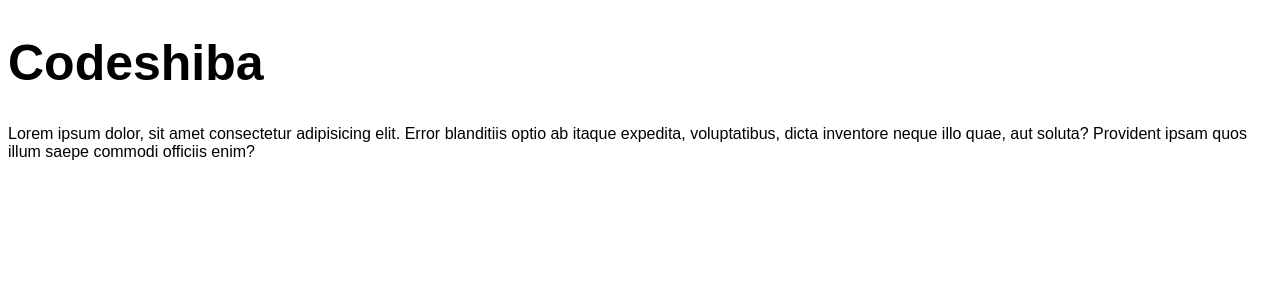
Repository: nanfengovo/CSS
Page: indexfont.html
These files come from the project's save history. The page is drawn as it stood at one moment and after the next save; the edit follows.
The browser window is 1280 px wide. The pictures show the whole page.

Above is the page before, as saved 2024-12-31 23:04:59.

After the next save:
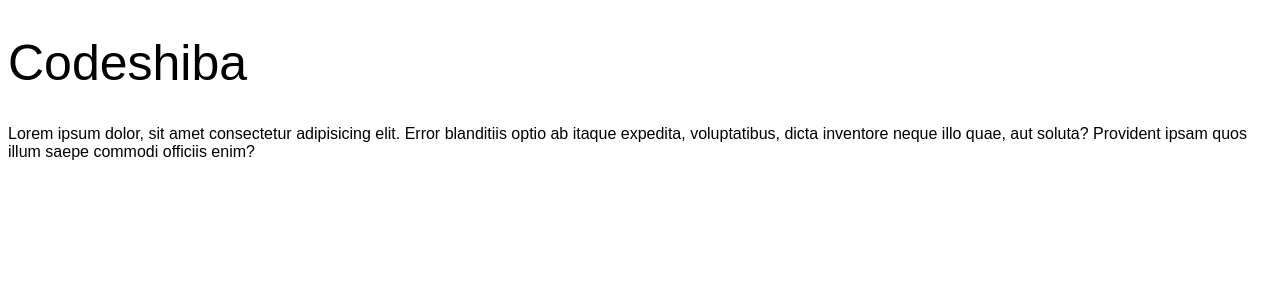
Saved 15 s later.
--- a/indexfont.html
+++ b/indexfont.html
@@ -8,6 +8,7 @@
         h1{
             font-family: cursive, sans-serif;
             font-size: 50px;
+            font-weight: 400;
         }
         p{
             font-family: cursive, sans-serif;

After the save that followed:
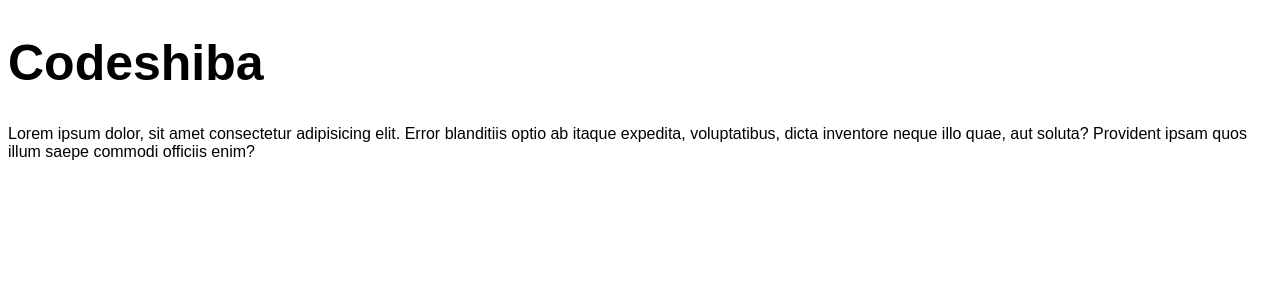
Saved 14 s later.
--- a/indexfont.html
+++ b/indexfont.html
@@ -8,7 +8,7 @@
         h1{
             font-family: cursive, sans-serif;
             font-size: 50px;
-            font-weight: 400;
+            font-weight: bold;
         }
         p{
             font-family: cursive, sans-serif;
